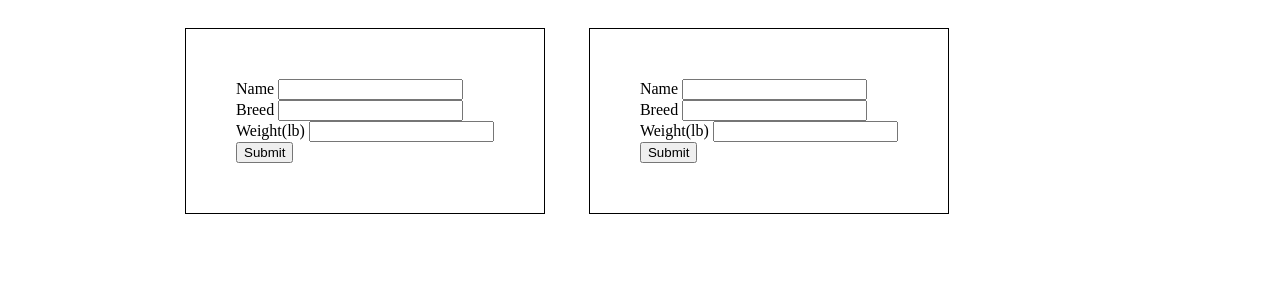
Repository: harshithamagani/Java-Basics
Page: http://localhost/pets/
An editor plug-in stored every save of this project. The page is shown before and after a run of saves, followed by the edit.
The browser window is 1280 px wide. The pictures show the whole page.
The page is served by Tomcat 9.

Above is the page before, as saved 2019-11-05 01:04:44.

After the next 2 saves:
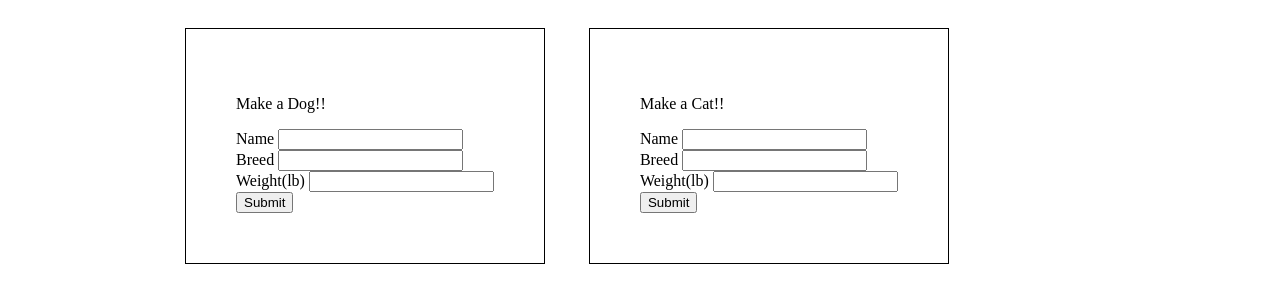
The 2 saves are shown as one change because they came seconds apart.
The last was saved 58 s later.
--- a/pets/WebContent/WEB-INF/index.jsp
+++ b/pets/WebContent/WEB-INF/index.jsp
@@ -28,6 +28,7 @@ padding :50px;
 <body>
 	<div id="wrapper">
 		<div id="dog-section">
+		<p>Make a Dog!!</p>
 			<form action="/dog" method="GET">
 				<label>Name</label>
 				<input name="name" type="text"><br>
@@ -39,6 +40,7 @@ padding :50px;
 			</form>
 		</div>
 		<div id="cat-section">
+		<p>Make a Cat!!</p>
 		<form action="/cat" method="GET">
 			<label>Name</label>
 			<input name="name" type="text"><br>
